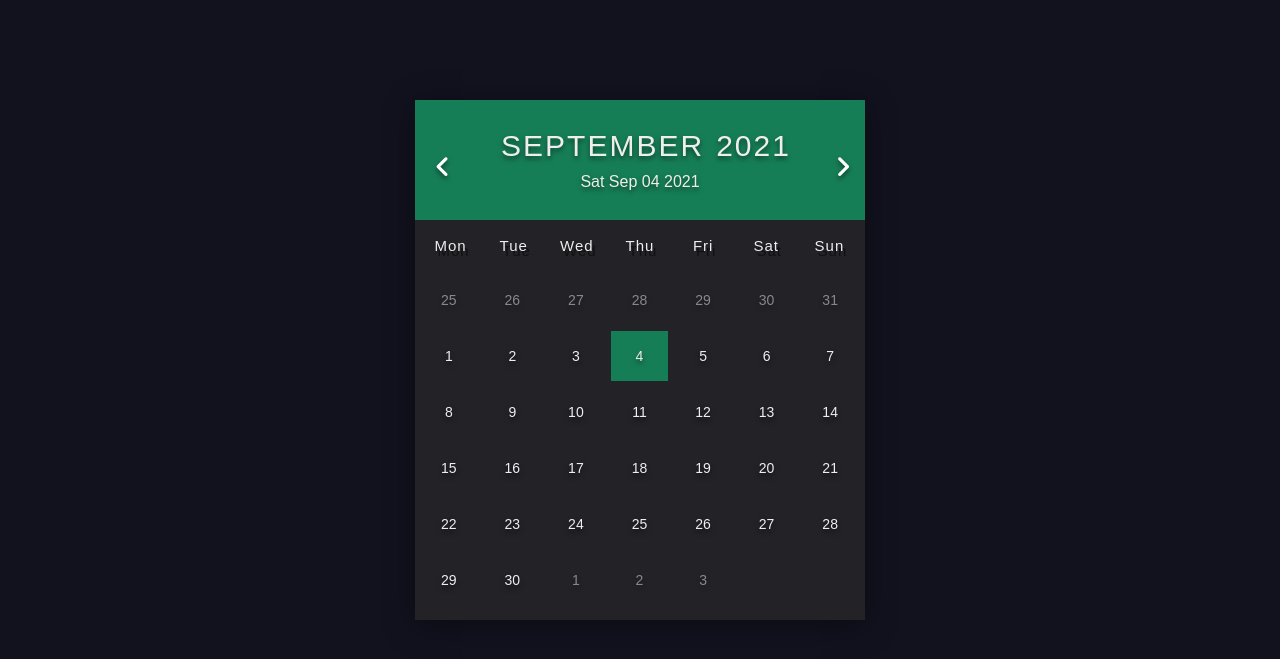
Repository: dboinska/calendar
Page: index.html
The author's editor kept a copy of each file at every save. The page is drawn from the files as they stood at one save, then again after the next save.
The browser window is 1280 px wide. The pictures show the whole page.
After loading, the first visible `div.days` was clicked once.
Some web libraries are served in a nearby version.

Above is the page before, as saved 2021-09-06 19:15:56.

After the next save:
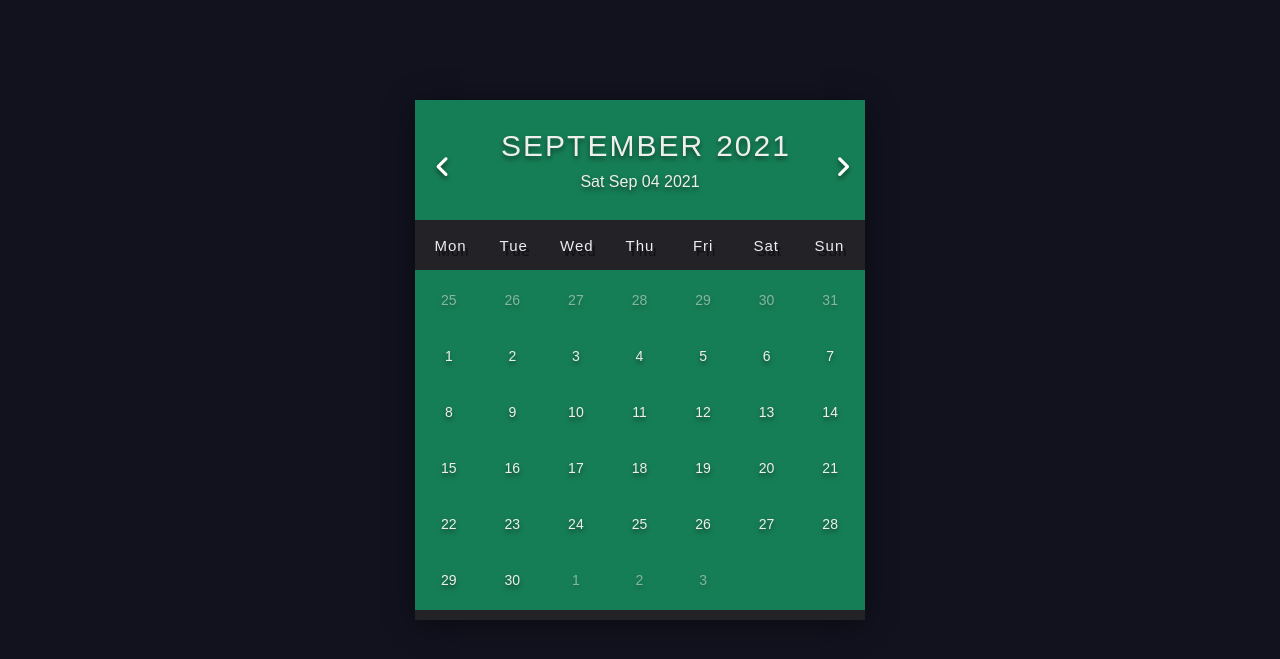
Saved 35 s later.
--- a/script.js
+++ b/script.js
@@ -103,6 +103,7 @@
 
   monthDays.addEventListener("click", (event) => {
     console.log(event.currentTarget, event.target.textContent);
+    event.target.classList.add("clickedDay");
   });
   // const days = [...document.querySelectorAll(".days div")];
   // function clickDay(day) {

After the save that followed:
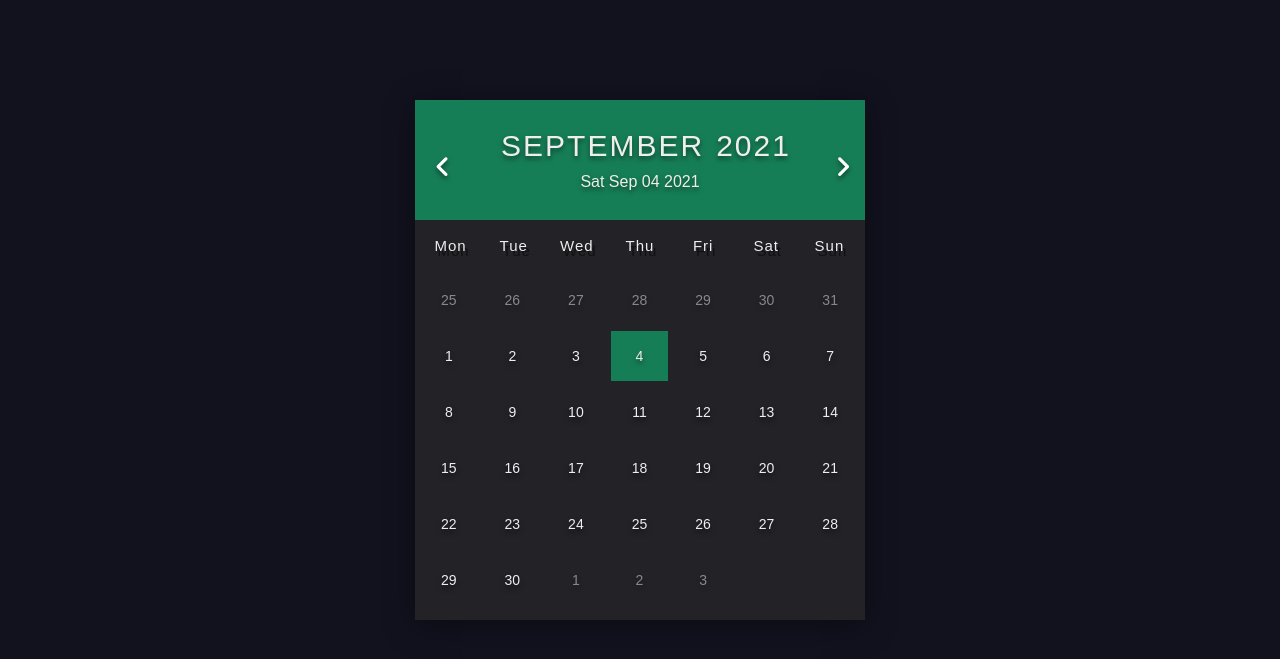
Console error: TypeError: monthDays.find is not a function
Saved 2 min 33 s later.
--- a/script.js
+++ b/script.js
@@ -103,6 +103,12 @@
 
   monthDays.addEventListener("click", (event) => {
     console.log(event.currentTarget, event.target.textContent);
+    const findClickedDay = monthDays.find((day) => {
+      return day.classList.contains("clickedDay");
+    });
+    if (findClickedDay) {
+      findClickedDay.classList.remove("clickedDay");
+    }
     event.target.classList.add("clickedDay");
   });
   // const days = [...document.querySelectorAll(".days div")];
